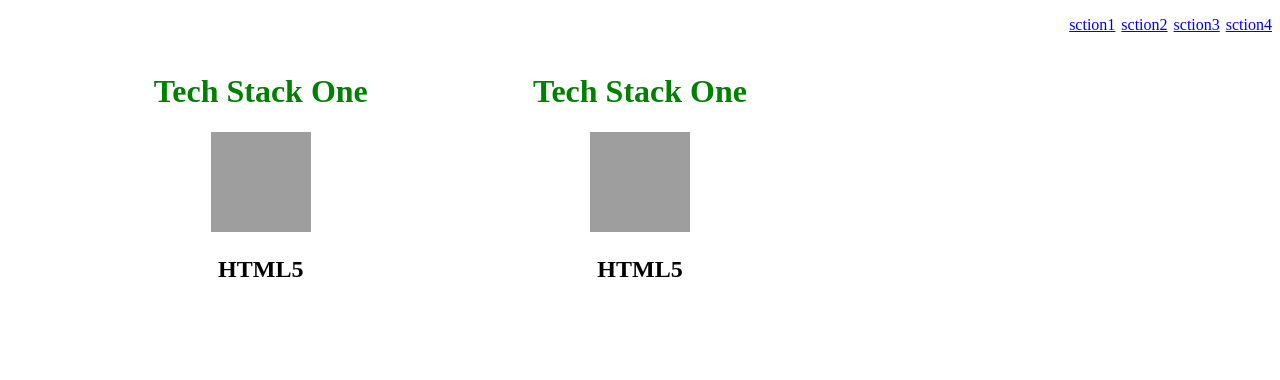
Repository: abhayBarthwal/tt2
Page: index.html
The author's editor kept a record of every edit. The page is drawn from the files as they stood at one moment, then again after the next edit.
The browser window is 1280 px wide. The pictures show the whole page.
Pictures or frames that could not be fetched are drawn as grey boxes.

Above is the page before.

After the next edit:
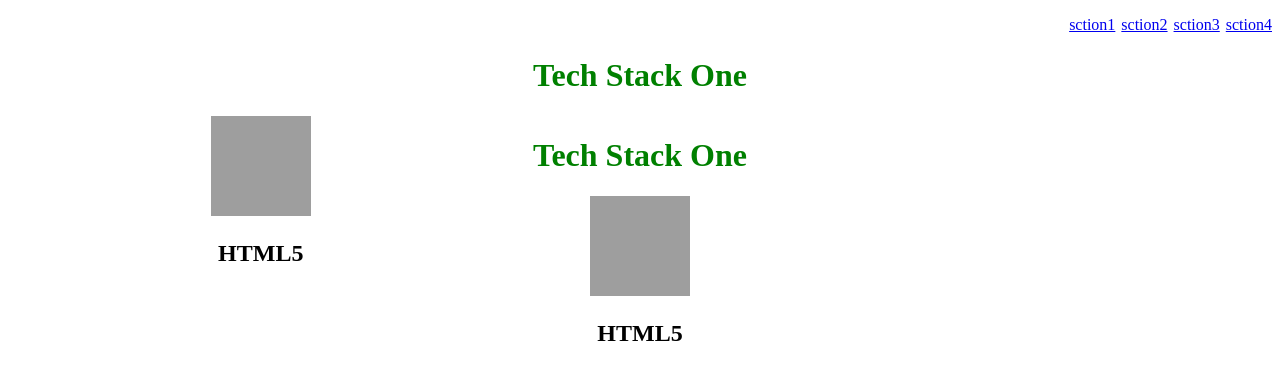
The edit:
--- a/index.html
+++ b/index.html
@@ -13,8 +13,8 @@
                 <li> <a href="#"> sction4 </a> </li>
             </ul>
         </nav>
+        <h1> Tech Stack One </h1>
         <div class="card">
-            <h1> Tech Stack One </h1>
             <a href="https://en.wikipedia.org/wiki/HTML5">
                 <img src="https://encrypted-tbn0.gstatic.com/images?q=tbn:ANd9GcRovJY37pnn0JM82N-5gRXHk8wg_As2PBF7L9Kx4dxt2czWsNxv" />
             </a>
